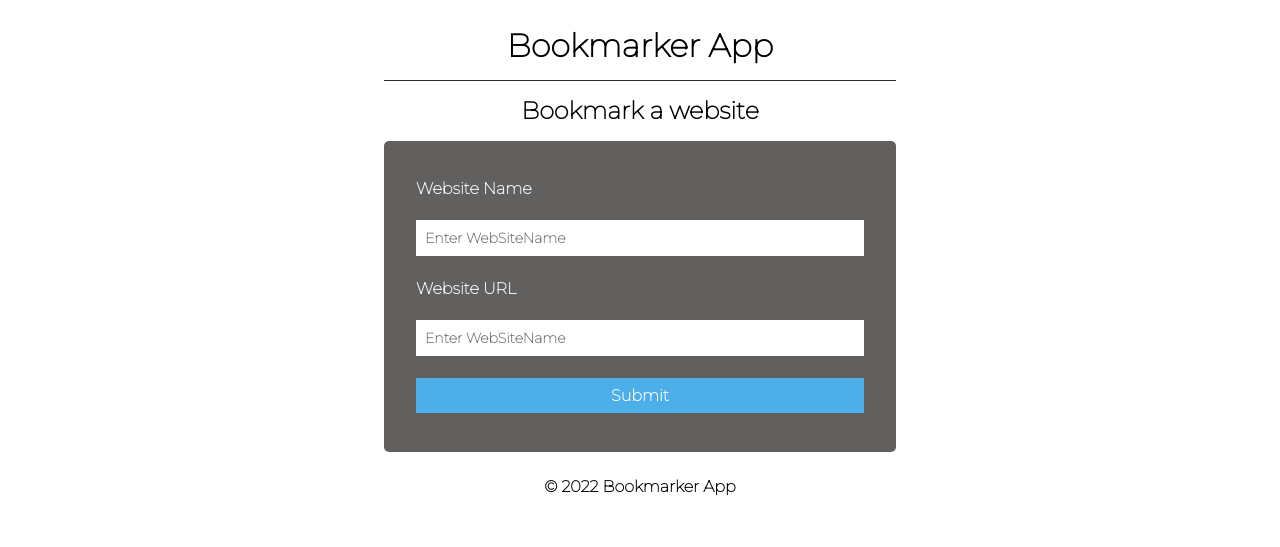
Repository: Suporl9/BookMarkerApp
Page: index.html
An editor plug-in stored every save of this project. The page is shown before and after a run of saves, followed by the edit.
The browser window is 1280 px wide. The pictures show the whole page.

Above is the page before, as saved 2021-11-21 21:26:52.

### index.html
<!DOCTYPE html>
<html lang="en">
  <head>
    <meta charset="UTF-8" />
    <meta http-equiv="X-UA-Compatible" content="IE=edge" />
    <meta name="viewport" content="width=device-width, initial-scale=1.0" />
    <link rel="stylesheet" href="./style.css" />
    <title>Document</title>
  </head>
  <body>
    <div class="container">
      <div class="innerContainer">
        <div class="ininContainer">
          <div class="bookmarkerSection"><h1>Bookmarker App</h1></div>
          <!-- <h1>Bookmarker App</h1> -->
          <div class="vh"></div>
          <div class="formInput">
            <form class="formSec">
              <h2 class="h2class">Bookmark a website</h2>
              <div class="sitesec">
                <label class="labc" name="siteName">Website Name</label>
                <input
                  type="text"
                  name="sitename"
                  placeholder="Enter WebSiteName"
                  class="inpClass"
                />
                <label class="labc" name="siteName">Website URL</label>
                <input
                  type="text"
                  name="sitename"
                  class="inpClass"
                  placeholder="Enter WebSiteName"
                />
                <button class="submBtn">Submit</button>
              </div>
            </form>
          </div>
          <div class="toBeAdded"></div>
          <footer class="footer">
            <p>&copy; 2022 Bookmarker App</p>
          </footer>
        </div>
      </div>
    </div>
  </body>
</html>

### style.css
@import url("https://fonts.googleapis.com/css2?family=Montserrat:wght@100&display=swap");

:root {
  --main-bg-color: rgb(255, 255, 255);
  --main-grey: rgb(97, 96, 95);
}
* {
  font-family: "Montserrat", sans-serif;
  box-sizing: border-box; /* includes padding in height and width(the box outside doesnot get bigger when adding padding and stuff)*/
  margin: 0;
  padding: 0;
  font-weight: bold;
  border: none;
}
body {
  width: 80%;
  margin: auto;
}
.container {
  font-family: "Montserrat", sans-serif;

  display: flex;
  justify-content: center;
}
.innerContainer {
  /* display: flex;
  flex-direction: column; */
  width: 50%;
  margin: auto;
  /* justify-content: center;
  align-self: center; */
}
.ininContainer {
  display: flex;
  flex-direction: column;
  margin-top: 5%;
  /* align-content: center; */
  /* justify-content: center; */
}
.bookmarkerSection {
  display: flex;
  justify-content: center;
}
.vh {
  border-bottom: 1px solid rgb(43, 42, 42);
  margin-top: 3%;
}
/* .formInput {
  display: flex;
  flex-direction: column;
  justify-content: center;
} */
.h2class {
  align-self: center;
  margin-bottom: 3%;
}
.formSec {
  display: flex;
  flex-direction: column;
  margin-top: 3%;
  /* justify-content: end; */
  /* width: 0%; */
  /* align-content: center; */
}
.sitesec {
  display: flex;
  flex-direction: column;
  background-color: var(--main-grey);
  padding: 1rem 2rem;
  /* padding-bottom: 2rem; */
  border-radius: 5px;
  color: aliceblue;
}
.submBtn {
  margin-top: 5%;
  margin-bottom: 5%;
  padding: 0.5rem;
  color: rgb(255, 255, 255);
  /* font-size: 14px; */
  font-size: 16px;
  font-weight: 900;
  background-color: rgb(76, 175, 233);
}
.inpClass {
  margin-top: 5%;
  padding: 2%;
  outline: none;
  font-size: 14px;
}
.labc {
  margin-top: 5%;
}
.footer {
  margin-top: 5%;
  align-self: center;
}
/* .formSec,
.sitesec {
  display: flex;
  flex-direction: column;
} */
/* .sitesec {
  display: flex;
  flex-direction: column;
}
 */

After the next 2 saves:
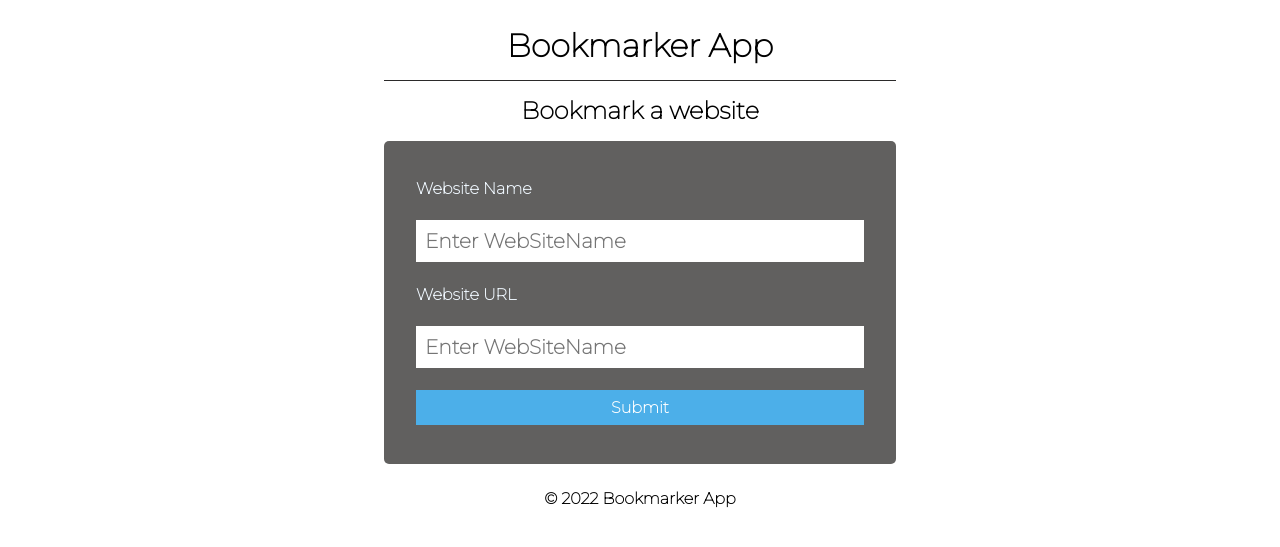
The 2 saves are shown as one change because they came seconds apart.
The last was saved 9 s later.
--- a/style.css
+++ b/style.css
@@ -85,7 +85,7 @@ body {
   margin-top: 5%;
   padding: 2%;
   outline: none;
-  font-size: 14px;
+  font-size: 20px;
 }
 .labc {
   margin-top: 5%;
